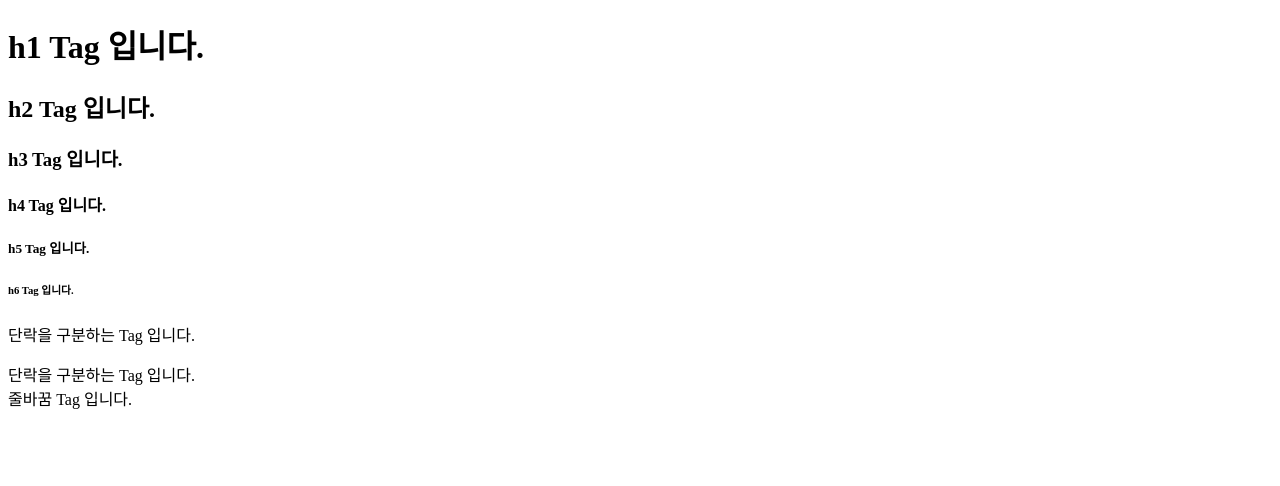
Repository: bjKim2/JSP
Page: HTML/src/main/webapp/Lec02.html
These files come from the project's save history. The page is drawn as it stood at one moment and after the next save; the edit follows.
The browser window is 1280 px wide. The pictures show the whole page.

Above is the page before, as saved 2022-03-15 01:42:03.

### HTML/src/main/webapp/Lec02.html
<!DOCTYPE html>
<html>
<head>
<meta charset="UTF-8">
<title>Insert title here</title>
</head>
<body>
	<h1>h1 Tag 입니다.</h1>
	<h2>h2 Tag 입니다.</h2>
	<h3>h3 Tag 입니다.</h3>
	<h4>h4 Tag 입니다.</h4>
	<h5>h5 Tag 입니다.</h5>
	<h6>h6 Tag 입니다.</h6>

	<p>단락을 구분하는 Tag 입니다. </p>
	<p>단락을 구분하는 Tag 입니다. <br>
		줄바꿈 Tag 입니다.  </p>

	<!--p 태그는 좁아져서 알아서 길이를 줄여서 줄 수를 늘린다. 다른건 그냥 스크롤바가 생긴다.  -->
</body>
</html>

After the next save:
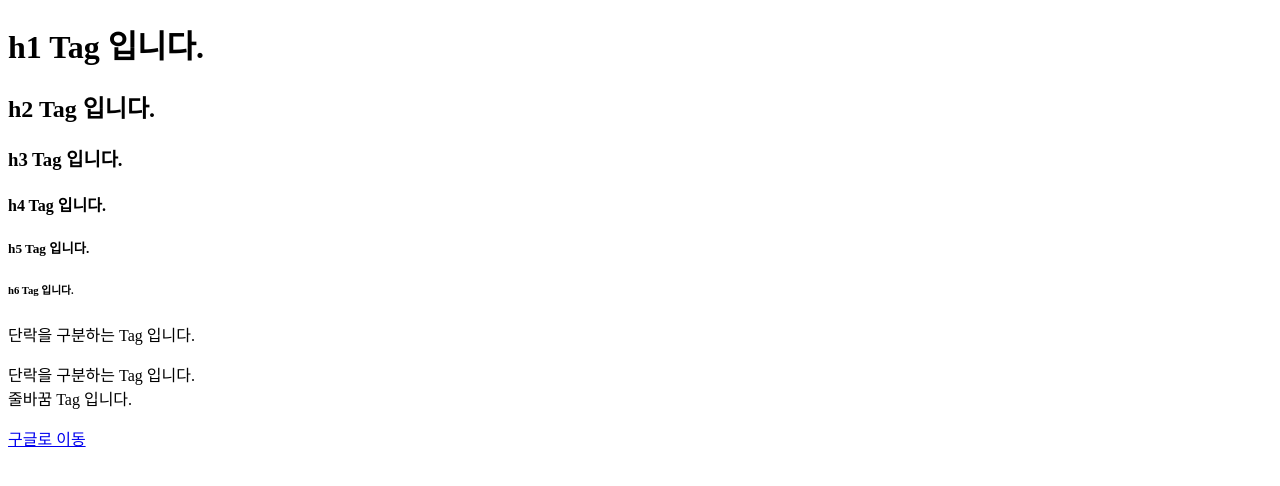
Saved 101 s later.
--- a/HTML/src/main/webapp/Lec02.html
+++ b/HTML/src/main/webapp/Lec02.html
@@ -17,5 +17,8 @@
 		줄바꿈 Tag 입니다.  </p>
 
 	<!--p 태그는 좁아져서 알아서 길이를 줄여서 줄 수를 늘린다. 다른건 그냥 스크롤바가 생긴다.  -->
+
+	<p><a href="https://google.com">구글로 이동 </a></p>
+
 </body>
 </html>
